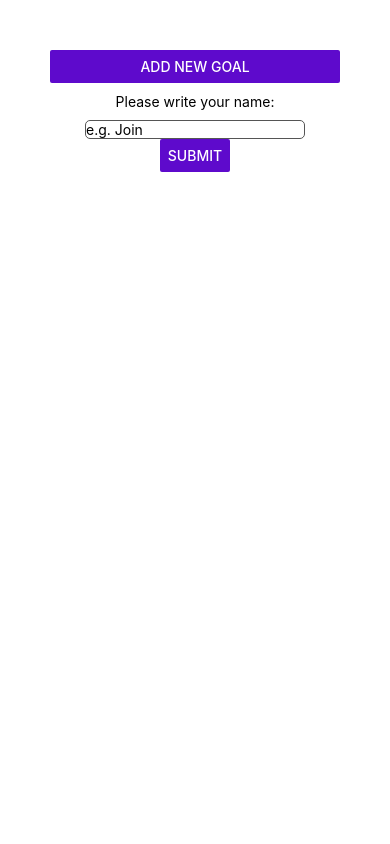
Repository: ntu34543/React-Native-Example1
Screen: /
These files come from the project's save history. The screen is drawn as it stood at one moment and after the next save; the edit follows.
The app was drawn by React Native's web renderer in a window 390 px wide. The project was rebuilt for these pictures with package versions that can differ from the ones it lists, and the page was loaded fresh each time. Also part of the build but not shown: components/Goalltem.js.

Above is the screen before, as saved 2022-09-12 15:43:20.

After the next save:
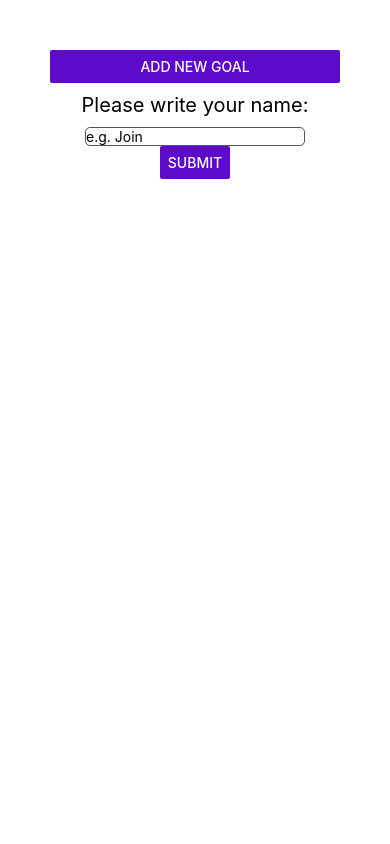
Saved 6 s later.
--- a/App.js
+++ b/App.js
@@ -115,6 +115,7 @@
   text: {
     textAlign: "center",
     margin: 10,
+    fontSize: 20,
   },
   input: {
     borderWidth: 1,

After the save that followed:
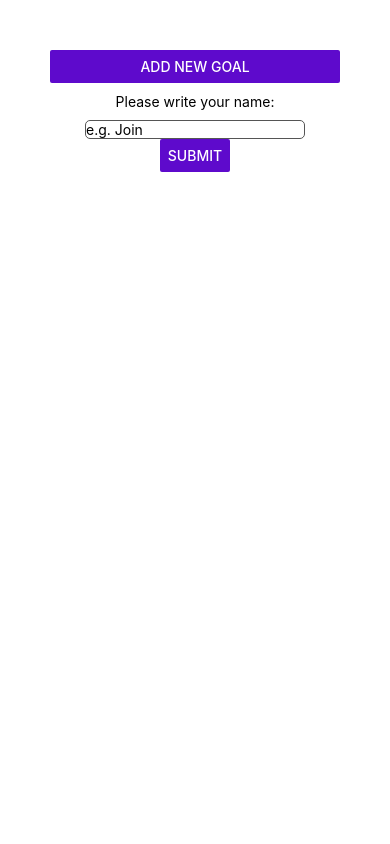
Saved 51 s later.
--- a/App.js
+++ b/App.js
@@ -115,7 +115,6 @@
   text: {
     textAlign: "center",
     margin: 10,
-    fontSize: 20,
   },
   input: {
     borderWidth: 1,
